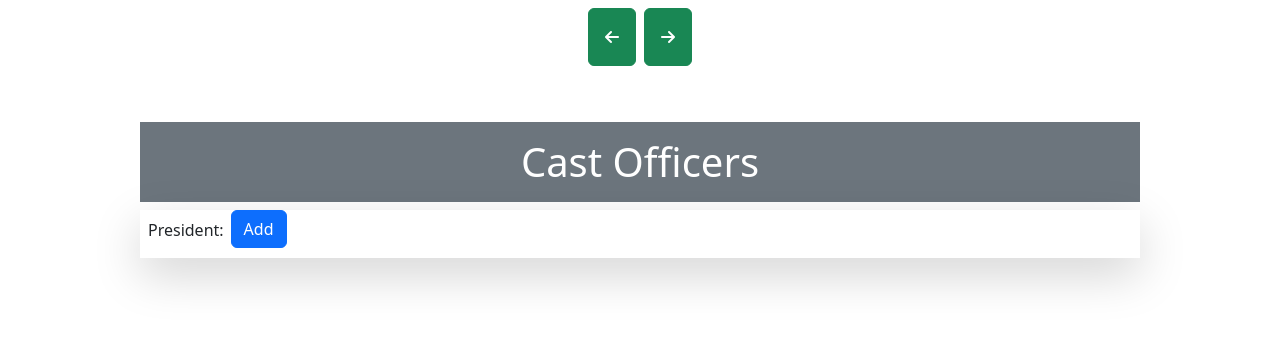
Repository: FRANZSAIJEM/livewire
Page: /second
An editor plug-in stored every save of this project. The page is shown before and after a run of saves, followed by the edit.
The browser window is 1280 px wide. The pictures show the whole page.
The page's requests for data from a server got no answer. Some web libraries are served in a nearby version. The project was rebuilt for these pictures with package versions that can differ from the ones it lists, and the page was loaded fresh each time. No one was signed in, and anything a server would have sent is missing. Also part of the build but not shown: vite.config.ts.

Above is the page before, as saved 2023-02-18 08:04:19.

After the next 2 saves:
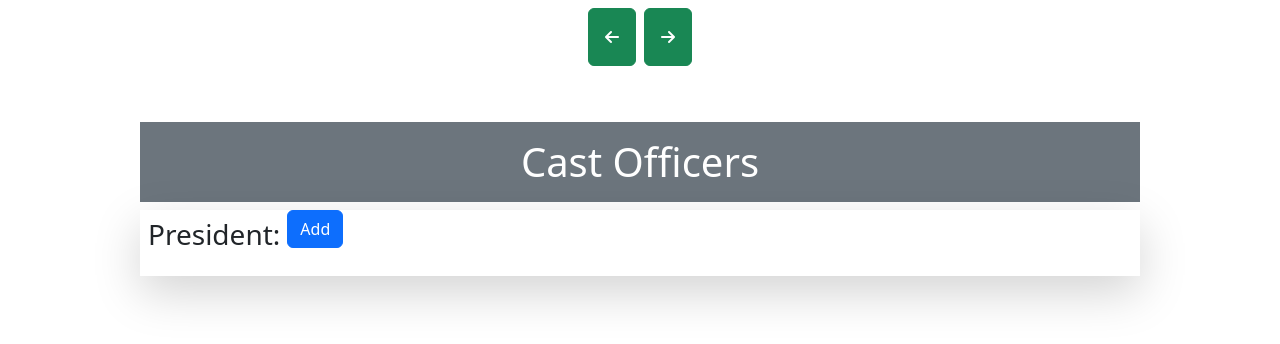
The 2 saves are shown as one change because they came seconds apart.
The last was saved 21 s later.
--- a/src/views/SecondPageView.vue
+++ b/src/views/SecondPageView.vue
@@ -35,7 +35,7 @@
 
             <div class="float-start">
               <label for="" class="form-label p-2">
-              President:
+              <h3>President:</h3>
             </label>
             </div>
 
